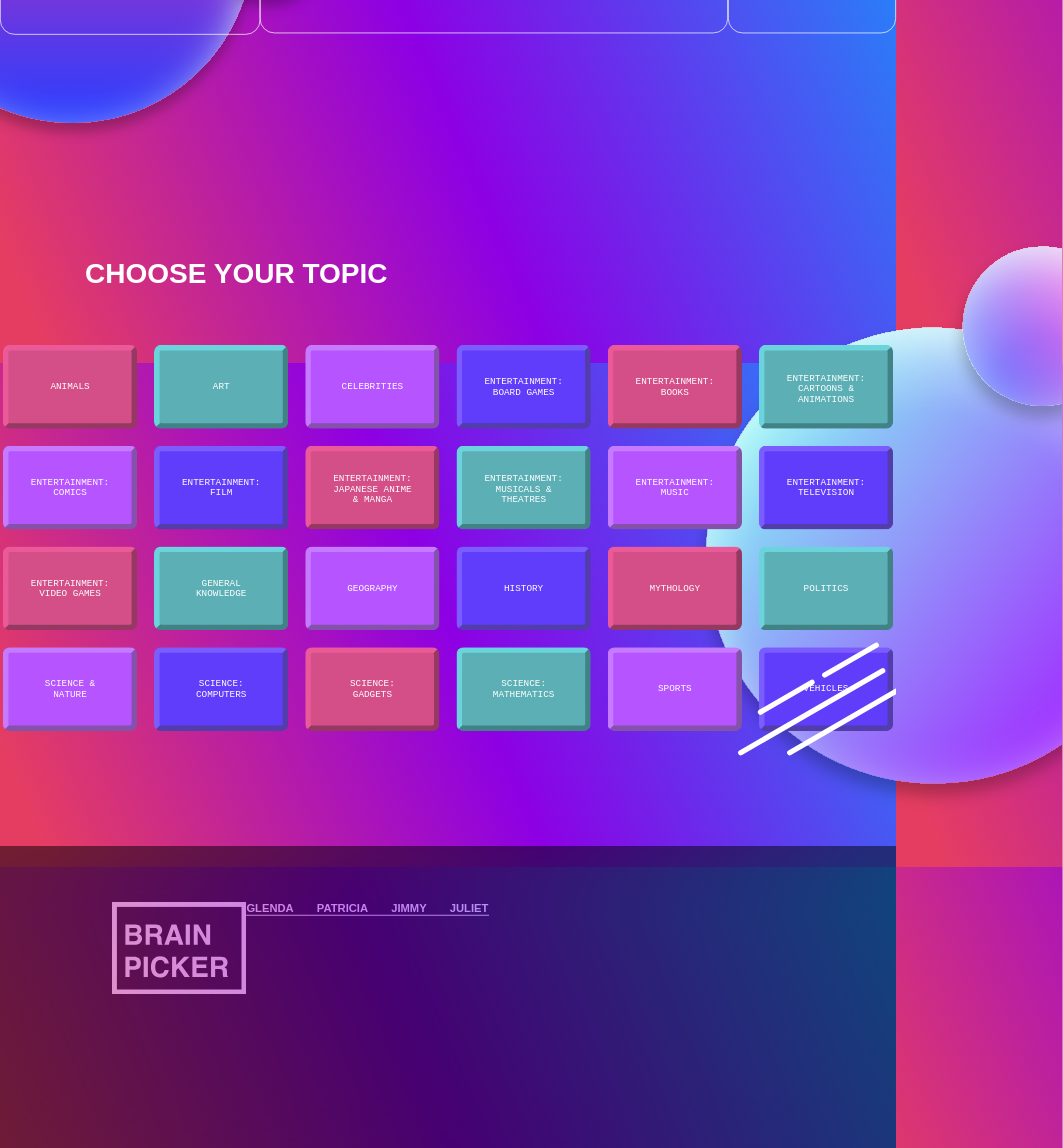
Repository: pjiang604/COMP-2170_Final-Project
Page: index.html
These files come from the project's save history. The page is drawn as it stood at one moment and after the next save; the edit follows.
The browser window is 1280 px wide. The page is 1518 px wide, so the pictures cover 1518 px, including what lies to the right of the window. The pictures show the part of the page from y = 922 to 2562 px (the page is 2562 px tall), at 70% of full size.
Backgrounds fixed to the window are drawn as part of the page.

Above is the page before, as saved 2023-04-30 14:29:54.

### index.html
<!DOCTYPE html>
<html lang="en">
  <head>
    <meta charset="UTF-8">
    <meta http-equiv="X-UA-Compatible" content="IE=edge">
    <meta name="viewport" content="width=device-width, initial-scale=1.0">
    <link rel="stylesheet" href="style.css">
    <title> Brain Picker </title>
    <script src="/easy.js"></script>
    <script src="/medium.js"></script>
    <script src="/hard.js"></script>
  </head>
  <body>
    <div class="container">
      <div class="graphic__left">
        <img class="bottom__left_sphere" src="/Assets/bg_graphics/bottom_left_sphere_group.svg" alt="">
        <img class="left__shooting_star" src="/Assets/bg_graphics/shooting_star_left.svg" alt="">
      </div>
      <div class="left__containers">
        <div class="left__container_top"></div>
        <div class="left__container_bottom"></div>
      </div>
      <div class="quiz__container">
        <div class="left__content">
          <h1> BRAIN PICKER </h1>
          <p> Explore your knowledge with our engaging and thought-provoking trivia questions covering various fascinating topics! </p>
        </div>
        <div class="right__content">
          <div class="graphics">
            <img class="shooting__star_top" src="/Assets/bg_graphics/shooting_star_alt.svg" alt="">
            <img class="top__right_sphere" src="/Assets/bg_graphics/top_right_sphere_group.svg" alt="">
            <img class="star__right" src="/Assets/bg_graphics/shooting_star_right.svg" alt="">
          </div>
          <div class="quiz__button">
            <a href="#">
              <button class="take__quiz_button"> TAKE OUR QUIZ </button>
              <img class="quiz__arrow" src="/Assets/buttons/arrow-head.svg" alt="">
            </a>
          </div>
        </div>
      </div>
    </div>
    <div class="bottom__containers">
      <div class="bottom__container_left">
        <a href="#">
          <button class="categories__button"> OUR CATEGORIES </button>
        </a>
        <img class="categories__arrow" src="/Assets/buttons/arrow-head.svg" alt="" width="30px">
      </div>
      <div class="bottom__container_right"></div>
    </div>

    <div class="categories__section">
      <h1 class="topics_header">CHOOSE YOUR TOPIC</h1>

      <div class="categories_container">
        <button class='topic_button1' id="animals">animals</button>
        <button class='topic_button2' id="art">art</button>
        <button class='topic_button3' id="celebrities">celebrities</button>
        <button class='topic_button4' id="board_games">entertainment: board games</button>
        <button class='topic_button1' id="books">entertainment: books</button>
        <button class='topic_button2' id="cartoons_animations">entertainment: cartoons & animations</button>
        <button class='topic_button3' id="comics">entertainment: comics</button>
        <button class='topic_button4' id="film">entertainment: film</button>
        <button class='topic_button1' id="japanese_anime">entertainment: japanese anime & manga</button>
        <button class='topic_button2' id="musicals_theatre">entertainment: musicals & theatres</button>
        <button class='topic_button3' id="music">entertainment: music</button>
        <button class='topic_button4' id="television">entertainment: television</button>
        <button class='topic_button1' id="video_games">entertainment: video games</button>
        <button class='topic_button2' id="general_knwoledge">general knowledge</button>
        <button class='topic_button3' id="geography">geography</button>
        <button class='topic_button4' id="history">history</button>
        <button class='topic_button1' id="mythology">mythology</button>
        <button class='topic_button2' id="politics">politics</button>
        <button class='topic_button3' id="science_nature">science & nature</button>
        <button class='topic_button4' id="computers">science: computers</button>
        <button class='topic_button1' id="gadgets">science: gadgets </button>
        <button class='topic_button2' id="mathematics">science: mathematics</button>
        <button class='topic_button3' id="sports">sports</button>
        <button class='topic_button4' id="vehicles">vehicles</button>
      </div>
      <div class="graphics_bottom">
        <img class="shooting__star_top" src="/Assets/bg_graphics/shooting_star_alt.svg" alt="">
        <img class="bottom_right_sphere" src="/Assets/bg_graphics/bottom_right_sphere_group.svg" alt="">
        <img class="star__right" src="/Assets/bg_graphics/shooting_star_right.svg" alt="">
      </div>
    </div>

  </body>
  <footer>
    <div class="footer_container">
      <div class="logo_container">
        <img class="brain_picker_logo" src="/Assets/logo/brain_picker_logo.svg" alt="">
      </div>

      <div class="text_container">
        <div class="names_container">
             <h4>GLENDA</h4>
        <h4>PATRICIA</h4>
        <h4>JIMMY</h4>
        <h4>JULIET</h4>
        </div>

        <hr>
        <div class="rights_reserved">
           <p>BRAINPICKER 2023 | ALL RIGHTS RESERVED</p>
        </div>

      </div>

    </div>
  </footer>
</html>

### style.css
:root {
	--primary-font: Arial, Helvetica, sans-serif;
	--secondary-font: 'Courier New', Courier, monospace;
	--font-weight-general: normal;
	--font-weight-light: 100;
	--font-weight-bold: bold;
	--font-size-body: 12pt;
	--font-size-heading: 30pt;
	--font-size-sub-heading: 22pt;

	--white: #fff;
	--black: #000000;
	--crimson: #d44f88;
	--crimson-2:#ea5a99;
	--teal:#5CAFB5;
	--teal-2:#6ad3db;
	--indigo:#603CFB;
	--indigo-2:#7a5cff;
	--purple: #B654FF;
	--purple-2:#c57aff;
}

h1 {
	font-size: var(--font-size-heading);
	font-weight: var(--font-weight-bold);
	font-family: var(--primary-font);
}

h2 {
	font-size: var(--font-size-sub-heading);
	font-weight: var(--font-weight-bold);
	font-family: var(--primary-font);
}

h4 {
	font-family: var(--primary-font);
}

p {
	font-size: var(--font-size-body);
	font-weight: var(--font-weight-general);
	font-family: var(--primary-font);
}

* {
	margin: 0;
}

body {
	/* Linear gradient bg */
	background: linear-gradient(247.38deg, #2189FA 0.96%, #8D00E4 50.19%, #E53D62 95.42%);
	min-height: 2000px;
	background-attachment: fixed;
	background-position: center;
	background-repeat: no-repeat;
	background-size: cover;
	max-width: 100%;
}

/**Main container**/
.container {
	display: flex;
}

.bottom__left_sphere {
	position: absolute;
	width: 30rem;
	top: 35rem;
	z-index: -1;
}

.left__shooting_star {
	width: 17rem;
	position: absolute;
	top: 21rem;
}

/**Left containers**/
.left__container_top {
	box-sizing: border-box;
	display: flex;
	width: 372px;
	height: 334px;
	border: 0.25px solid #FFFFFF;
	border-radius: 21px;
}

.left__container_bottom {
	box-sizing: border-box;
	display: flex;
	width: 372px;
	height: 637px;
	border: 0.25px solid #FFFFFF;
	border-radius: 21px;
}

/**Bottom containers**/
.bottom__containers {
	display: flex;
	margin-top: -16.2rem;
	/* justify-content: end; */
	padding-left: 23.2rem;
}

.bottom__container_left {
	box-sizing: border-box;
	display: flex;
	width: 52.8rem;
	height: 257px;
	border: 0.25px solid #FFFFFF;
	border-radius: 21px;
}

.bottom__container_right {
	box-sizing: border-box;
	display: flex;
	width: 303px;
	height: 257px;
	border: 0.25px solid #FFFFFF;
	border-radius: 21px;
}

/**Quiz Section**/
.quiz__container {
	box-sizing: border-box;
	display: flex;
	width: 71.6rem;
	height: 44.5rem;
	border: 0.15px solid #FFFFFF;
	border-radius: 21px;
}

.shooting__star_top {
	position: absolute;
	right: 32rem;
	top: 2rem;
}

.top__right_sphere {
	display: flex;
	justify-content: end;
}

.star__right {
	display: flex;
	position: relative;
	float: right;
	bottom: 8rem;
}

.left__content {
	color: var(--white);
	width: 40rem;
	padding-left: 2.5rem;
	padding-top: 28rem;
}

.take__quiz_button {
	border: none;
	text-decoration: underline;
	text-underline-offset: 5px;
	color: var(--white);
	background: none;
	padding-left: 11rem;
	cursor: pointer;
}

.quiz__button>a {
	text-decoration: none;
}


.categories__button {
	border: none;
	text-decoration: underline;
	text-underline-offset: 5px;
	color: var(--white);
	background: none;
	padding-left: 22rem;
	padding-top: 7rem;
	cursor: pointer;
}

.categories__arrow {
	rotate: 90deg;
	margin-top: 2.5rem;
	position: absolute;
	left: 48rem;
	top: 50.5rem;
}

.bottom__container_left>a {
	text-decoration: none;
}


/** Topics Section **/
.categories__section{
	display: flex;
	flex-direction: column;
	align-items: left;
	justify-content: center;
	margin-top: 20rem;
}
.topics_header{
	color: var(--white);
	margin-left: 7.6rem;
}

.categories_container{
	font-family: var(--secondary-font);
	display: grid;
	grid-template-columns: 12rem 12rem 12rem 12rem 12rem 12rem;
	gap: 1.5rem;
	align-items: center;
	justify-content: center;
	padding-top: 5rem;
}

.topic_button1{
	font-family: var(--secondary-font);
	border-width: .5rem;
	height: 7.5rem;
    color: var(--white);
    border-radius: 0.656rem;
    background-color: var(--crimson);
    border-color: var(--crimson-2);
	padding: 2rem;
	text-transform: uppercase;

}

.topic_button2{
	font-family: var(--secondary-font);
	background-color: var(--teal);
	height: 7.5rem;
	color: var(--white);
	border-radius: 0.656rem;
	border-color: var(--teal-2);
	border-width: .5rem;
	text-transform: uppercase;
	padding: 2rem;
}
.topic_button3{
	font-family: var(--secondary-font);
	background-color:var(--purple);
	height: 7.5rem;
	color: var(--white);
	border-radius: 0.656rem;
	border-color:var(--purple-2);
	border-width: .5rem;
	text-transform: uppercase;
	padding: 2rem;
}
.topic_button4{
	font-family: var(--secondary-font);
	background-color:var(--indigo);
	height: 7.5rem;
	color: var(--white);
	border-radius: 0.656rem;
	border-color: var(--indigo-2);
	border-width: .5rem;
	text-transform: uppercase;
	padding: 2rem;
}

.bottom_right_sphere{
	position: absolute;
	width: 40rem;
	left: 54.80rem;
	top: 70rem;
	z-index: -1;
}



/** Footer **/

.footer_container{
	height: 17rem;
	background: var(--black);
	opacity:50%;
	padding: 5rem 10rem;
	backdrop-filter: blur(35px);
	display: flex;
}
.text_container{
	display: flex;
	flex-direction: column;
}
.names_container{
 color: var(--white);
 display: flex;
 justify-content: space-between;
}

.text_container>p{
	color: var(--white);
}

Loaded but not shown: easy.js (no stored copy; drawn as an empty file); medium.js (no stored copy; drawn as an empty file); hard.js (no stored copy; drawn as an empty file)

After the next save:
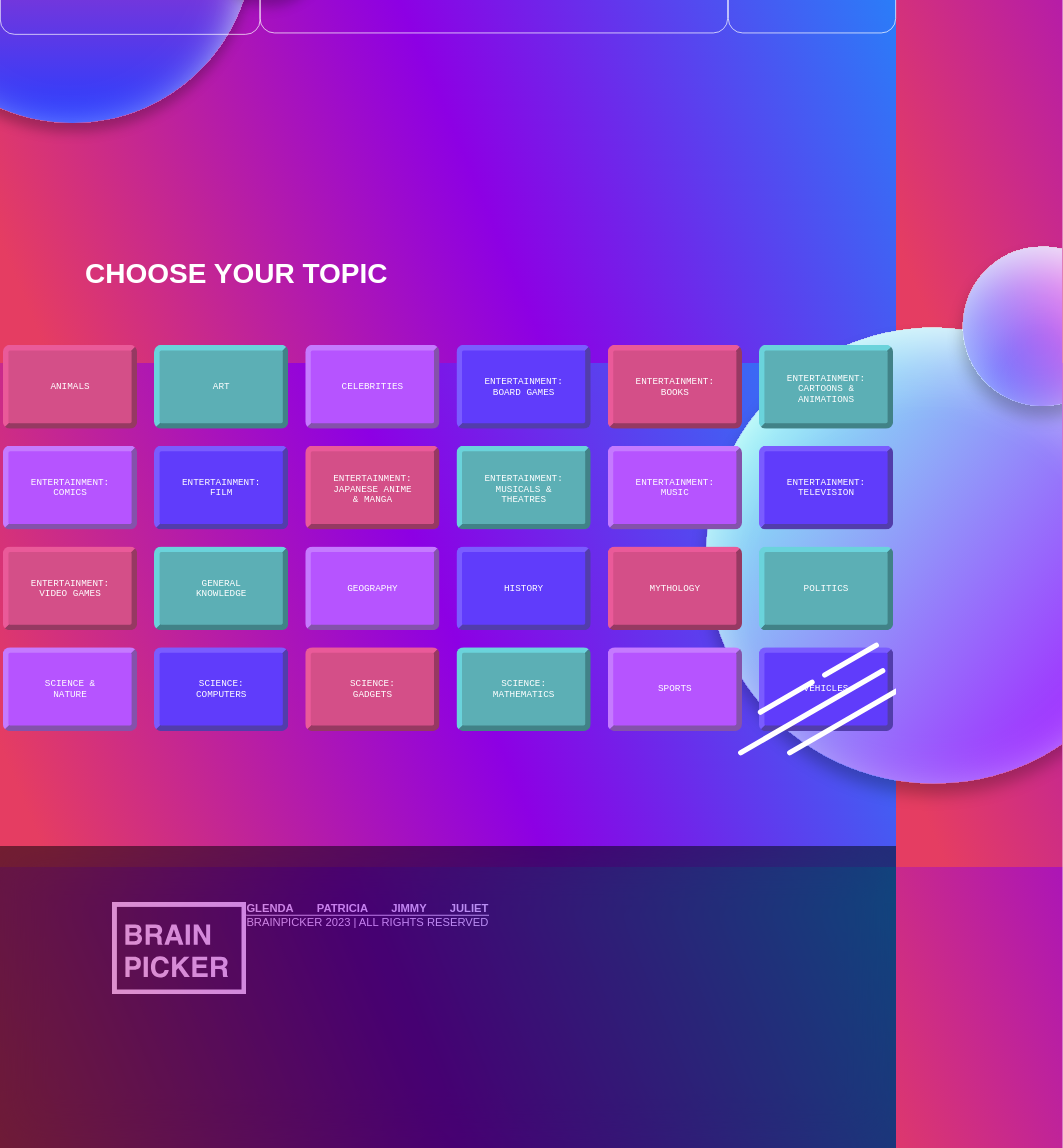
Saved 33 s later.
--- a/style.css
+++ b/style.css
@@ -294,6 +294,6 @@ body {
  justify-content: space-between;
 }
 
-.text_container>p{
-	color: var(--white);
-}
+.rights_reserved{
+	color: var(--white);
+}
